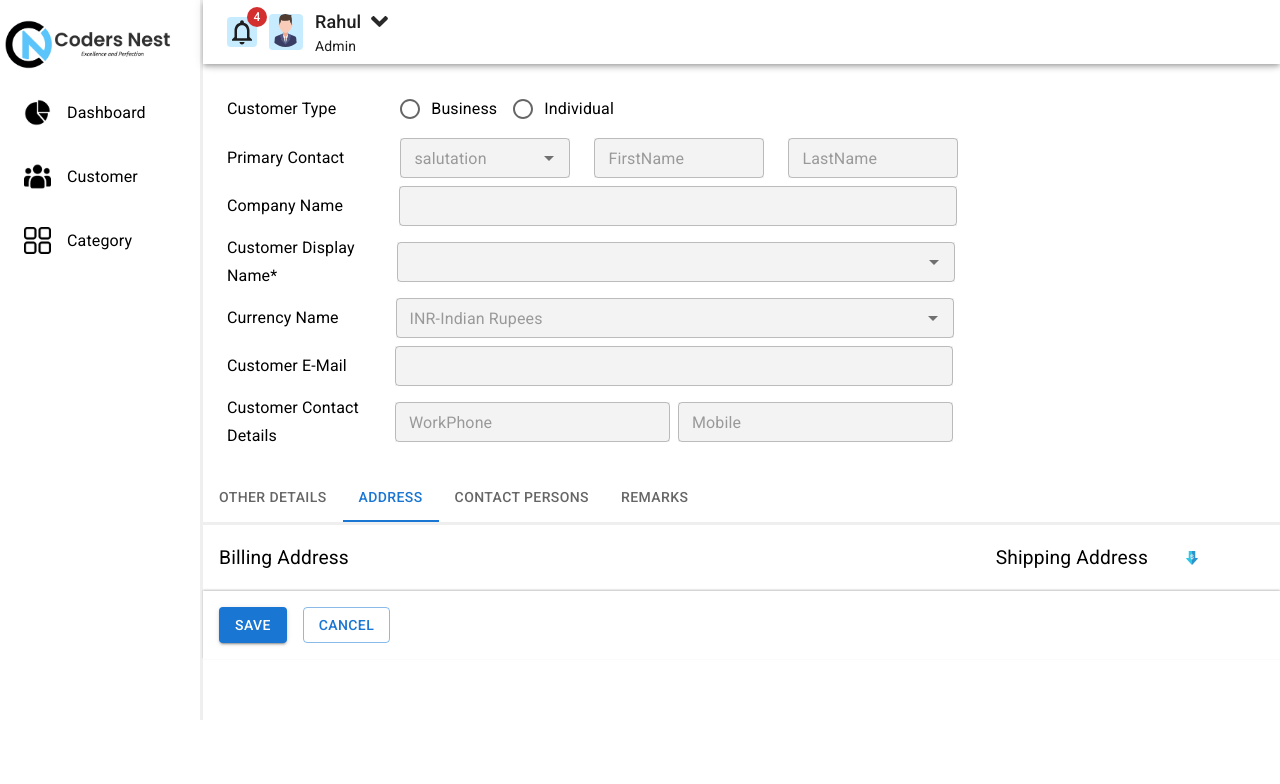
Repository: wajahadalishaik04/CN_Books
Page: /newcustomer, after clicking the first element matching `div.MuiTabs-list > :nth-child(2)`
An editor plug-in stored every save of this project. The page is shown before and after the next save, followed by the edit.
The browser window is 1280 px wide. The pictures show the whole page.
The project was rebuilt for these pictures with package versions that can differ from the ones it lists, and the page was loaded fresh each time. Also part of the build but not shown: vite.config.js, src/pages/LoginScreen.jsx, src/pages/Signin.jsx, src/pages/OtpScreen.jsx, src/pages/SignUp.jsx, src/pages/VerifyScreen.jsx, src/components/Content.jsx, src/pages/DashboardScreen.jsx and 4 more.

Above is the page before, as saved 2024-09-18 01:18:03.

### index.html
<!DOCTYPE html>
<html lang="en">
  <head>
    <meta charset="UTF-8" />
    <link rel="preconnect" href="https://fonts.googleapis.com" />
    <link rel="preconnect" href="https://fonts.gstatic.com" crossorigin />
    <link
      rel="stylesheet"
      href="https://fonts.googleapis.com/css2?family=Roboto:wght@300;400;500;700&display=swap"
    />

    <meta name="viewport" content="width=device-width, initial-scale=1.0" />
    <title>CN_BOOKS</title>
  </head>
  <body>

    <div id="root"></div>
    <script type="module" src="/src/main.jsx"></script>
  </body>
</html>

### src/main.jsx
import { createRoot } from 'react-dom/client'
import App from './App.jsx'
import { Provider } from 'react-redux'
import store from './store/store.js'
import './styles/index.css'
createRoot(document.getElementById('root')).render(
 <Provider store={store}>
   <App />
 </Provider>
)

### src/App.jsx
import React from "react";
import LoginScreen from "./pages/LoginScreen";
import { BrowserRouter, Routes, Route, Navigate } from "react-router-dom";
import Signin from "./pages/Signin";
import { useSelector } from "react-redux";
import OtpScreen from "./pages/OtpScreen";
import SignUp from "./pages/SignUp";
import VerifyScreen from "./pages/VerifyScreen";
import DashboardScreen from "./pages/DashboardScreen";
import SideBar from "./components/SideBar";
import Header from "./components/Header";
import Customer from "./pages/Customer";
import WrapComponent from "./pages/WrapComponent";
import Category from "./pages/Category";
import NewCustomer from "./pages/customerscreens/NewCustomer";

const App = () => {
  const { user } = useSelector((e) => e.userReducer);
  return (
    <>
      <BrowserRouter>
        <Routes>
          <Route element={<WrapComponent />}>
            <Route path="/dashboardscreen" element={<DashboardScreen />} />
            <Route path="/customer" element={<Customer />} />
            <Route path="/category" element={<Category />} />
            <Route path="/newcustomer" element={<NewCustomer />} />

          </Route>
          <Route
            path="/"
            element={<Navigate to={user ? "/signin" : "/LoginScreen"} />}
          />
          <Route
            path="/signin"
            element={user ? <Navigate to={"/dashboardscreen"} /> : <Signin />}
          />
          <Route path="/loginscreen" element={<LoginScreen />} />
          <Route path="/otpscreen" element={<OtpScreen />} />
          <Route path="/signup" element={<SignUp />} />
          <Route path="/verifyscreen" element={<VerifyScreen />} />
        </Routes>
      </BrowserRouter>
    </>
  );
};

export default App;

### src/styles/index.css
*
{
    margin: 0;
    padding: 0;
    border: none;

}

### src/pages/WrapComponent.jsx
import { Box } from "@mui/material";
import React from "react";
import SideBar from "../components/SideBar";
import Header from "../components/Header";
import { Outlet } from "react-router-dom";

const WrapComponent = () => {
  return (
    <>
      <Box sx={{ display: "flex" }}>
        <SideBar />
        <Box flex={1}>
          <Header />
          <Outlet/>
        </Box>
      </Box>
    </>
  );
};

export default WrapComponent;

### src/pages/customerscreens/NewCustomer.jsx
import { BorderColor, CloudUpload } from "@mui/icons-material";
import {
  Box,
  Typography,
  Button,
  Tabs,
  Tab,
  FormControl,
  InputLabel,
  Select,
  MenuItem,
  TextField,
  RadioGroup,
  FormControlLabel,
  Radio,
  Autocomplete,
  styled,
  Checkbox,
} from "@mui/material";
import React, { useState } from "react";
import { Link } from "react-router-dom";
import { images } from "../../utils/ImgUtils";


const NewCustomer = () => {
  const StyledTextField = styled(TextField)({
    backgroundColor: "#F3F3F3",
    color: "#939393",

    "&:hover": {
      backgroundColor: "#F3F3F3",
    },
    "& .MuiOutlinedInput-root": {
      "&.Mui-focused": {
        backgroundColor: "#EBF9FF", // Focused background color
        borderColor: "#5BC4FA", // Focused border color
      },
    },
  });

  // customer Type Radio
  const [value, setValue] = React.useState("");
  const handleChange = (event) => {
    setValue(event.target.value);
  };
  // primary contact:salutaion Inputfield
  const salutationOpt = ["Salutation1", "Salutation2"];
  const salutationName = {
    options: salutationOpt,
    getOptionLabel: (option) => option,
  };
  // customer Display Name Inputfield
  const customerDisplayNameOpt = ["Usman", "Ameeruddin"];
  const customerDisplayName = {
    options: customerDisplayNameOpt,
    getOptionLabel: (option) => option,
  };
  // currency Name Inputfield
  const currencyNameOpt = ["INR-Indian Rupees", "USD-United State Dollar"];
  const currencyName = {
    options: currencyNameOpt,
    getOptionLabel: (option) => option,
  };

  // Gst Treatment Name Inputfield
  const GstTreatmentNameOpt = ["OFFLINE", "ONLINE"];
  const GstTreatmentName = {
    options: GstTreatmentNameOpt,
    getOptionLabel: (option) => option,
  };
  // place Of Supply Name Inputfield
  const placeofSupplyNameOpt = ["ANDHRAPRADESH", "GUJARAT", "TAMILNADU"];
  const placeofSupplyName = {
    options: placeofSupplyNameOpt,
    getOptionLabel: (option) => option,
  };
  // Tax Exempt Type Radio
  const [taxvalue, setTaxValue] = React.useState("");
  const taxhandleChange = (event) => {
    setTaxValue(event.target.value);
  };
  // payment Terms Inputfield
  const paymentTermsOpt = ["30days", "60days"];
  const paymentTerms = {
    options: paymentTermsOpt,
    getOptionLabel: (option) => option,
  };
  // portal Language Inputfield
  const portalLanguageOpt = ["English", "Hindi", "Tamil", "Urdu"];
  const portalLanguage = {
    options: portalLanguageOpt,
    getOptionLabel: (option) => option,
  };
  // documents upload
  const VisuallyHiddenInput = styled("input")({
    clip: "rect(0 0 0 0)",
    clipPath: "inset(50%)",
    height: 1,
    overflow: "hidden",
    position: "absolute",
    bottom: 0,
    left: 0,
    whiteSpace: "nowrap",
    width: 1,
  });

  // menu Tabs section
  const [tabsValue, setTabsValue] = useState(0);

  const handleTabChange = (event, newValue) => {
    setTabsValue(newValue);
  };

  return (
    <Box sx={{ display: "flex", height: "100vh" }}>
      <Box sx={{ flexGrow: 1 }}>
        <Box padding={3}>
          {/* Customer Type */}
          <Box sx={{ display: "flex", gap: 8, alignItems: "center" }}>
            <Typography>Customer Type</Typography>
            <FormControl>
              <RadioGroup row value={value} onChange={handleChange}>
                <FormControlLabel
                  value="Business"
                  control={<Radio />}
                  label="Business"
                />
                <FormControlLabel
                  value="Individual"
                  control={<Radio />}
                  label="Individual"
                />
              </RadioGroup>
            </FormControl>
          </Box>
          {/* primary Contact Input Field */}
          <Box
            sx={{
              display: "flex",
              mt: 1,
              alignItems: "center",
              gap: 7,
              fontWeight: 400,
            }}
          >
            <Typography variant="subtitle1">Primary Contact</Typography>
            <Box
              sx={{ display: "flex", justifyContent: "space-between", gap: 3 }}
            >
              <Autocomplete
                size="small"
                {...salutationName}
                id="salutationName"
                disableClearable
                renderInput={(params) => (
                  <StyledTextField
                    sx={{ width: 170 }}
                    size="small"
                    placeholder="salutation"
                    {...params}
                    variant="outlined"
                  />
                )}
              />
              <StyledTextField
                size="small"
                sx={{ width: 170 }}
                placeholder="FirstName"
              />
              <StyledTextField
                size="small"
                sx={{ width: 170 }}
                placeholder="LastName"
              />
            </Box>
          </Box>
          {/* company Name Input Field */}
          <Box
            sx={{
              display: "flex",
              mt: 1,
              alignItems: "center",
              gap: 7,
              fontWeight: 400,
            }}
          >
            <Typography variant="subtitle1">Company Name</Typography>
            <Box width={558}>
              <StyledTextField fullWidth size="small" />
            </Box>
          </Box>
          {/* customer Display Name Input Field  */}
          <Box
            sx={{
              display: "flex",
              mt: 1,
              alignItems: "center",
              gap: 5.3,
              fontWeight: 400,
            }}
          >
            <Typography variant="subtitle1">
              Customer Display<br></br> Name*
            </Typography>
            <Box width={558}>
              <Autocomplete
                size="small"
                {...customerDisplayName}
                id="customerDisplayName"
                disableClearable
                renderInput={(params) => (
                  <StyledTextField
                    fullWidth
                    size="small"
                    {...params}
                    variant="outlined"
                  />
                )}
              />
            </Box>
          </Box>
          {/* Currency Input Field */}
          <Box
            sx={{
              display: "flex",
              mt: 1,
              alignItems: "center",
              gap: 7.1,
              fontWeight: 400,
            }}
          >
            <Typography variant="subtitle1">Currency Name</Typography>
            <Box width={558}>
              <Autocomplete
                size="small"
                {...currencyName}
                id="currencyName"
                disableClearable
                renderInput={(params) => (
                  <StyledTextField
                    placeholder="INR-Indian Rupees"
                    fullWidth
                    size="small"
                    {...params}
                    variant="outlined"
                  />
                )}
              />
            </Box>
          </Box>
          {/* Customer E-mail Input Field */}
          <Box
            sx={{
              display: "flex",
              mt: 1,
              alignItems: "center",
              gap: 6,
              fontWeight: 400,
            }}
          >
            <Typography variant="subtitle1">Customer E-Mail</Typography>
            <Box width={558}>
              <StyledTextField fullWidth size="small" />
            </Box>
          </Box>
          {/* Customer Contact Details Input Field */}
          <Box
            sx={{
              display: "flex",
              mt: 1,
              alignItems: "center",
              gap: 4.5,
              fontWeight: 400,
            }}
          >
            <Typography variant="subtitle1">
              Customer Contact<br></br> Details
            </Typography>
            <Box width={558} display={"flex"} gap={1}>
              <StyledTextField
                size="small"
                sx={{ width: 279 }}
                placeholder="WorkPhone"
              />
              <StyledTextField
                size="small"
                sx={{ width: 279 }}
                placeholder="Mobile"
              />
            </Box>
          </Box>
        </Box>
        {/* Tab Section */}
        <Tabs
          sx={{ borderBottom: "3px solid #EFEFEF" }}
          value={tabsValue}
          onChange={handleTabChange}
        >
          <Tab label="Other Details" />
          <Tab label="Address" />
          <Tab label="Contact Persons" />
          <Tab label="Remarks" />
        </Tabs>
        {tabsValue === 0 && (
          <Box sx={{ padding: 2 }}>
            {/* GST Treatment */}
            <Box
              sx={{
                display: "flex",
                mt: 1,
                alignItems: "center",
                gap: 7.1,
                fontWeight: 400,
              }}
            >
              <Typography variant="subtitle1">Gst Treatment*</Typography>
              <Box width={558}>
                <Autocomplete
                  size="small"
                  {...GstTreatmentName}
                  id="GstTreatmentName"
                  disableClearable
                  renderInput={(params) => (
                    <StyledTextField
                      placeholder="Select a GST treatment"
                      fullWidth
                      size="small"
                      {...params}
                      variant="outlined"
                    />
                  )}
                />
              </Box>
            </Box>
            {/* Place of Supply */}
            <Box
              sx={{
                display: "flex",
                mt: 1,
                alignItems: "center",
                gap: 6,
                fontWeight: 400,
              }}
            >
              <Typography variant="subtitle1">Place of Supply*</Typography>
              <Box width={558}>
                <Autocomplete
                  size="small"
                  {...placeofSupplyName}
                  id="placeofSupplyName"
                  disableClearable
                  renderInput={(params) => (
                    <StyledTextField
                      required
                      fullWidth
                      size="small"
                      {...params}
                      variant="outlined"
                    />
                  )}
                />
              </Box>
            </Box>
            {/* pan Input field */}

            <Box
              sx={{
                display: "flex",
                mt: 1,
                alignItems: "center",
                gap: 17.3,
                fontWeight: 400,
              }}
            >
              <Typography variant="subtitle1">Pan</Typography>
              <Box width={558}>
                <StyledTextField fullWidth size="small" />
              </Box>
            </Box>
            {/* Tax Preference Input Field */}
            <Box sx={{ display: "flex", gap: 7, mt: 1, alignItems: "center" }}>
              <Typography>Tax Preference*</Typography>
              <FormControl>
                <RadioGroup row value={taxvalue} onChange={taxhandleChange}>
                  <FormControlLabel
                    value="Business"
                    control={<Radio />}
                    label="Taxable"
                  />
                  <FormControlLabel
                    value="Individual"
                    control={<Radio />}
                    label="Tax Exempt"
                  />
                </RadioGroup>
              </FormControl>
            </Box>
            {/* payment Terms input field */}
            <Box
              sx={{
                display: "flex",
                mt: 1,
                alignItems: "center",
                gap: 6.5,
                fontWeight: 400,
              }}
            >
              <Typography variant="subtitle1">Payment Terms</Typography>
              <Box width={558}>
                <Autocomplete
                  size="small"
                  {...paymentTerms}
                  id="paymentTerms"
                  disableClearable
                  renderInput={(params) => (
                    <StyledTextField
                      placeholder="Due on Receipt"
                      fullWidth
                      size="small"
                      {...params}
                      variant="outlined"
                    />
                  )}
                />
              </Box>
            </Box>
            {/* Enable portal Access */}
            <Box sx={{ display: "flex", gap: 8, mt: 1, alignItems: "center" }}>
              <Typography>Enable Portal?</Typography>
              <FormControlLabel
                sx={{ color: "#939393" }}
                control={<Checkbox />}
                label="Allow Portal access for this customer"
              />
            </Box>
            {/* Portal Language */}
            <Box
              sx={{
                display: "flex",
                mt: 1,
                alignItems: "center",
                gap: 6,
                fontWeight: 400,
              }}
            >
              <Typography variant="subtitle1">portal Language </Typography>
              <Box width={558}>
                <Autocomplete
                  size="small"
                  {...portalLanguage}
                  id="portalLanguage"
                  disableClearable
                  renderInput={(params) => (
                    <StyledTextField
                      placeholder="Select Portal Language"
                      fullWidth
                      size="small"
                      {...params}
                      variant="outlined"
                    />
                  )}
                />
              </Box>
            </Box>
            {/* Upload Documents */}
            <Box
              sx={{
                display: "flex",
                mt: 2,
                alignItems: "center",
                gap: 11,
                fontWeight: 400,
              }}
            >
              <Typography variant="subtitle1">Documents </Typography>
              <Box display={"flex"} flexDirection={"column"}>
                <Button
                  sx={{
                    width: 180,
                    backgroundColor: "#F3F3F3",
                    color: "#939393",
                  }}
                  component="label"
                  role={undefined}
                  variant="contained"
                  tabIndex={-1}
                  startIcon={<CloudUpload />}
                >
                  Upload files
                  <VisuallyHiddenInput
                    type="file"
                    onChange={(event) => console.log(event.target.files)}
                    multiple
                  />
                </Button>
                <Typography variant="caption" color="#939393">
                  You can upload the maximum of 3 files, 10MB each
                </Typography>
              </Box>
            </Box>
            {/* website url Document */}

            <Box
              sx={{
                display: "flex",
                mt: 1,
                alignItems: "center",
                gap: 10.5,
                fontWeight: 400,
              }}
            >
              <Typography variant="subtitle1">Documents</Typography>
              <Box width={558}>
                <StyledTextField
                  placeholder="Website Url"
                  type="url"
                  fullWidth
                  size="small"
                />
              </Box>
            </Box>
            {/* Department InputField */}
            <Box
              sx={{
                display: "flex",
                mt: 1.5,
                alignItems: "center",
                gap: 10,
                fontWeight: 400,
              }}
            >
              <Typography variant="subtitle1">Department</Typography>
              <Box width={558}>
                <StyledTextField

                  fullWidth
                  size="small"
                />
              </Box>
            </Box>
            {/* customer Owner */}
            <Box
              sx={{
                display: "flex",
                mt: 4,
                marginBottom:3,

                alignItems: "center",
                gap:5,
                fontWeight: 400,
              }}
            >
              <Typography variant="subtitle1">Customer Owner:</Typography>
              <Box  sx={{display:"flex", alignItems:"center"}}>
                <Typography color="#939393"  variant="caption">Assign a user as the customer owner to provide access only to the data of this customer.<Box component={Link} sx={{color:"#5BC4FA",textDecoration:"none"}}>Learn more</Box></Typography>
              </Box>
            </Box>
          </Box>
        )}
        {tabsValue === 1 && (
          <Box sx={{ padding: 2 }}>
           {/* Billing & shipping Address */}
           <Box sx={{display:"flex",justifyContent:"space-between"}}>
            <Typography variant="subtitle1"fontSize={"1.2rem"}>Billing Address</Typography>
            <Box sx={{display:"flex",paddingRight:5,gap:1.5}}>
            <Typography variant="subtitle1"fontSize={"1.2rem"}>Shipping Address</Typography>
           <Box component={Button} variant="text"> <img src={images.dollararrowicon} alt="" /></Box>

            </Box>
            </Box>

            </Box>
        )}
        {/* footerButtons */}
        <Box sx={{ display: "flex",p:2,boxShadow:"0 -1px 2px #00000040" }}>
          <Button variant="contained" sx={{ marginRight: 2 }}>
            Save
          </Button>
          <Button variant="outlined">Cancel</Button>
        </Box>
      </Box>
    </Box>
  );
};

export default NewCustomer;

Loaded but not shown: src/utils/ImgUtils.js (33 lines, source omitted); src/store/reducer.js (9 lines, source omitted); src/store/store.js (7 lines, source omitted); src/components/Header.jsx (82 lines, source omitted); src/components/SideBar.jsx (103 lines, source omitted)

After the next save:
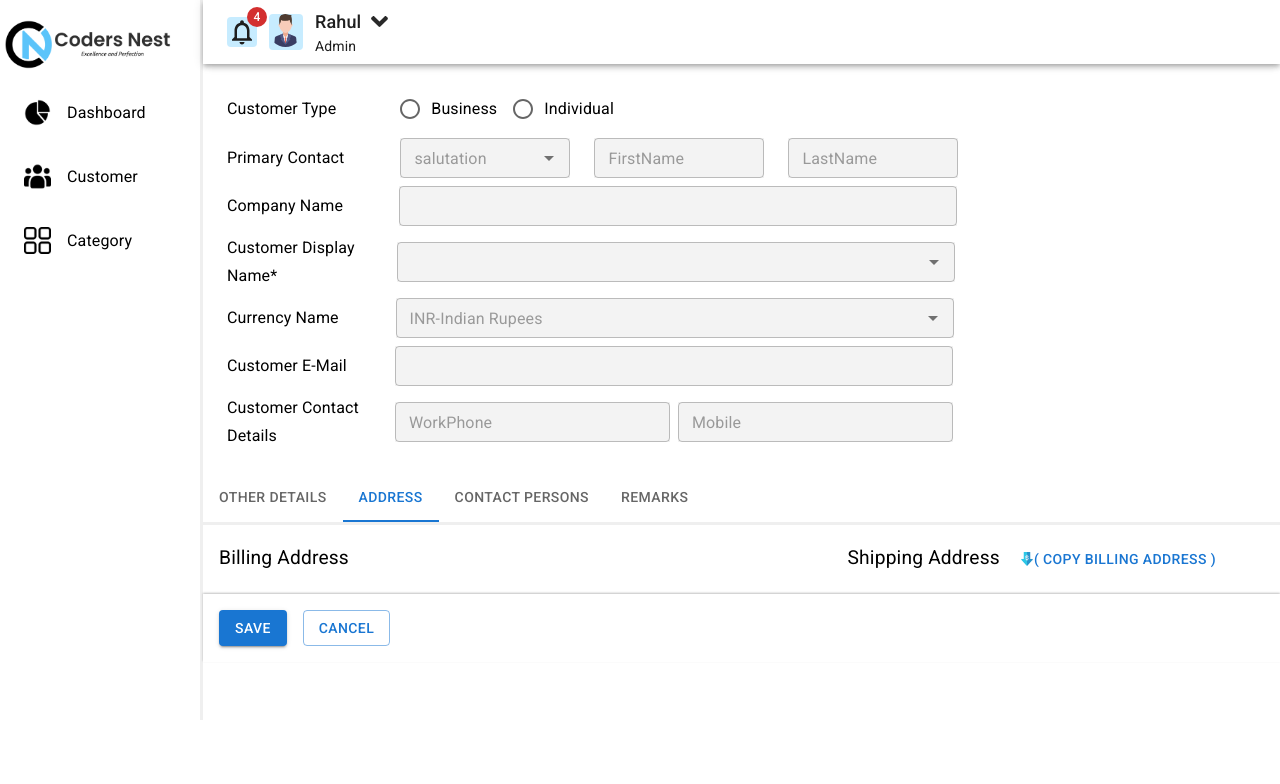
Saved 32 s later.
--- a/src/pages/customerscreens/NewCustomer.jsx
+++ b/src/pages/customerscreens/NewCustomer.jsx
@@ -564,7 +564,7 @@ const NewCustomer = () => {
             <Typography variant="subtitle1"fontSize={"1.2rem"}>Billing Address</Typography>
             <Box sx={{display:"flex",paddingRight:5,gap:1.5}}>
             <Typography variant="subtitle1"fontSize={"1.2rem"}>Shipping Address</Typography>
-           <Box component={Button} variant="text"> <img src={images.dollararrowicon} alt="" /></Box>
+           <Box component={Button} variant="text"> <img src={images.dollararrowicon} alt="" />(      Copy billing address    )</Box>
 
             </Box>
             </Box>
